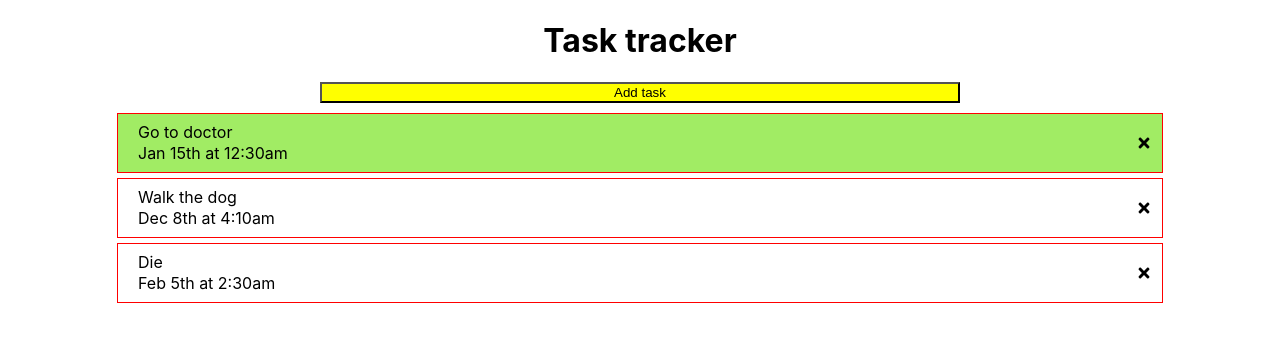
Repository: roscaImarius/task-tracker-react
Page: /
These files come from the project's save history. The page is drawn as it stood at one moment and after the next save; the edit follows.
The browser window is 1280 px wide. The pictures show the whole page.
The project was rebuilt for these pictures with package versions that can differ from the ones it lists, and the page was loaded fresh each time. Also part of the build but not shown: src/components/AddTask.js.

Above is the page before, as saved 2021-03-31 12:45:55.

After the next save:
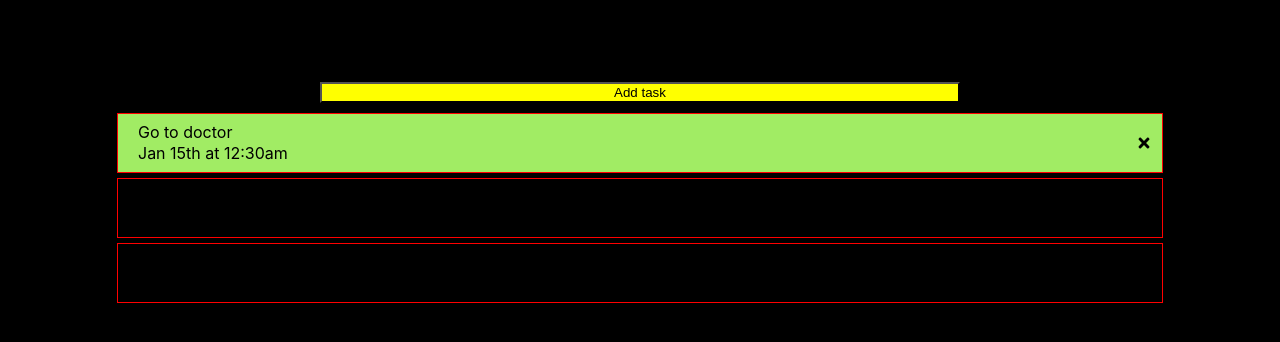
Saved 97 s later.
--- a/src/App.css
+++ b/src/App.css
@@ -1,13 +1,16 @@
 .App {
   text-align: center;
 }
+body {
+  background-color: black;
+}
 
 /* HEADER */
-.header-container{
+.header-container {
   display: flex;
   flex-direction: column;
 }
-.add-btn{
+.add-btn {
   margin: auto;
   width: 50%;
 }
@@ -16,23 +19,23 @@
   justify-content: space-between;
   padding-left: 20px;
   margin: auto;
-line-height: 5px;
-margin-bottom: 5px;
-border: 1px solid red;
-width: 80%;
-text-align: start;
+  line-height: 5px;
+  margin-bottom: 5px;
+  border: 1px solid red;
+  width: 80%;
+  text-align: start;
 }
-.x{
+.x {
   margin-right: 10px;
   margin: auto 5px;
   cursor: pointer;
   padding: 5px;
 }
-.marked{
+.marked {
   background-color: rgb(161, 236, 100);
 }
 /* FORM */
-.form-field{
+.form-field {
   margin: 0 auto;
   display: flex;
   flex-direction: column;
@@ -40,7 +43,7 @@ text-align: start;
   width: 80%;
   box-sizing: border-box;
 }
-.form-container{
+.form-container {
   margin: auto;
   width: 70%;
   display: inline-block;
